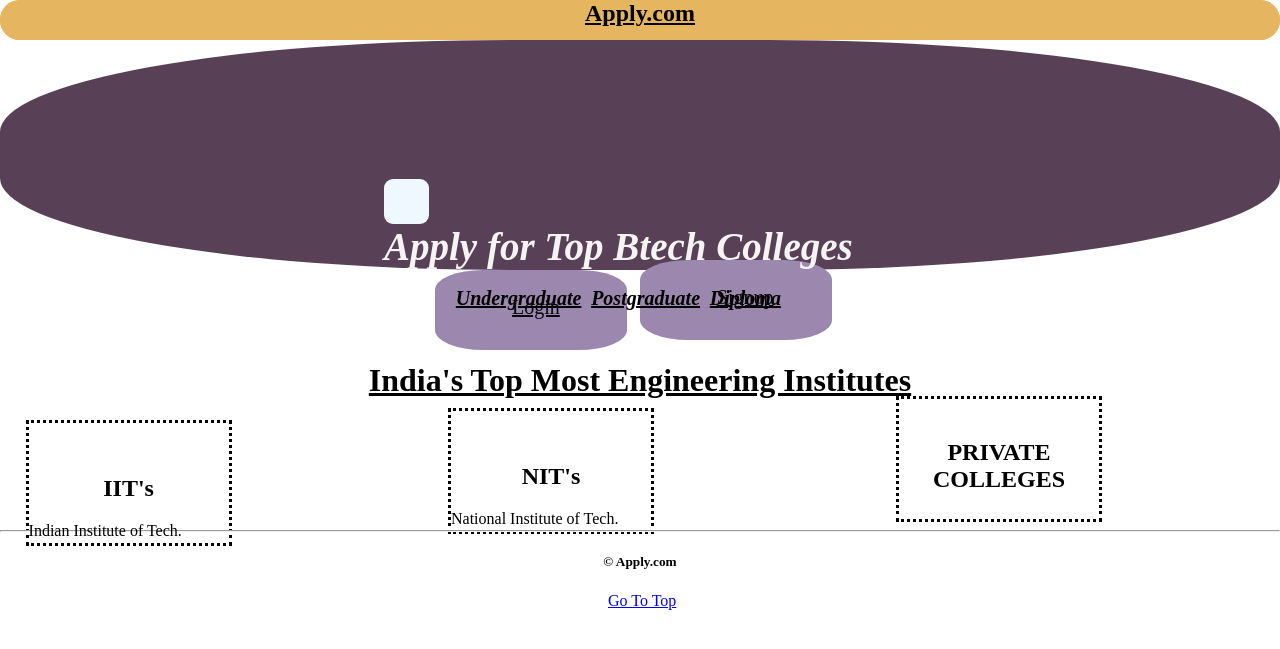
Repository: dashmeenkalra/dashmeen_kalra
Page: css/btech.html
The author's editor kept a copy of each file at every save. The page is drawn from the files as they stood at one save, then again after a run of saves.
The browser window is 1280 px wide. The pictures show the whole page.

Above is the page before, as saved 2023-03-07 10:04:23.

### css/btech.html
<html>
    <head>
        <link href="btech.css" rel="stylesheet"/>
        <title>
            Welcome to apply.com
        </title>
    </head>
    <body>
        <header>
            <header id="header">
            <h2>Apply.com</h2>
        </header>
        <div id="app">
            <div class="wri">
                <div id="ball">

                </div>
                Apply for Top Btech Colleges</br>
                <a href="" class="id">Undergraduate</a>
                <a href="" class="id">Postgraduate</a>
                <a href="" class="id">Diploma</a>
            </div>
        </div>
        <div class="log">
            <a href="" class="id1"> Login</a>
        </div>
        <div class="log1">
            <a href="" class="id1">Signup</a>
        </div>
        <h1>India's Top Most Engineering Institutes</h1>
        <div id="type">
        <h2>IIT's</h2>Indian Institute of Tech.
        </div>
        <div id="type1">
            <h2>NIT's</h2>National Institute of Tech.
        </div>
        <div id="type2">
            <h2>PRIVATE COLLEGES</h2>
        </div>
        <hr/>

        <h5> &copy; Apply.com</h5>
        <a href="#header" id="at" >Go To Top</a>
    </body>
</html>

### css/btech.css
body{
    margin:0px;
}
header{
    background-color: rgb(229, 182, 95);
    height: 40px;
    border-radius:20px;
}
header > h2{
    text-align: center;
    text-decoration:underline;
}
#app{
    background-color: rgb(88, 64, 87);
    height:230px;
    width:100%;
    border-radius:40%;
}
#ball{
    height: 45px;
    width: 45px;
    border-radius: 20%;
    background-color: aliceblue;
    margin-top: 5%;
}
.wri{
    text-align: center;
    margin-left: 30%;
    font-weight: bolder;
    font-style: oblique;
    font-size: 39px;
    margin-top: 9%;
    position: absolute;
    color: rgb(246, 243, 243);

}
.id{
    font-size: 20px;
    color: black;
}
.log{
    background-color: rgb(156, 136, 174);
    height:80px;
    width:15%;
    margin-left:34%;
    border-radius:25%;
}
.id1{
    font-size: 20px;
    color: rgb(9, 8, 8);
    margin-left:6%;
    margin-top:2%;
    position: absolute;
}
.log1{
    background-color: rgb(156, 136, 174);
    height:80px;
    width:15%;
    margin-left:50%;
    border-radius:25%;
    margin-top: -7.01%;
}
h1{
    text-align: center;
    text-decoration: underline;
}
#type{
    border: dotted;
    height:120px;
    width: 200px;
    margin-left:2%;
}
#type > h2{
  text-align: center;
  margin-top: 26%;
}
#type1{
    border: dotted;
    height:120px;
    width: 200px;
    margin-left:35%;
    margin-top:-10.8%;
}
#type1 > h2{
    text-align: center;
    margin-top: 26%;
}
#type2{
    border: dotted;
    height:120px;
    width: 200px;
    margin-left:70%;
    margin-top:-10.8%;
}
#type2 > h2{
    text-align: center;
    margin-top: 20%;
}
h5{
    text-align: center;
}
#at{
    text-align: center;
    margin-left: 47.5%;
}

After the next 2 saves:
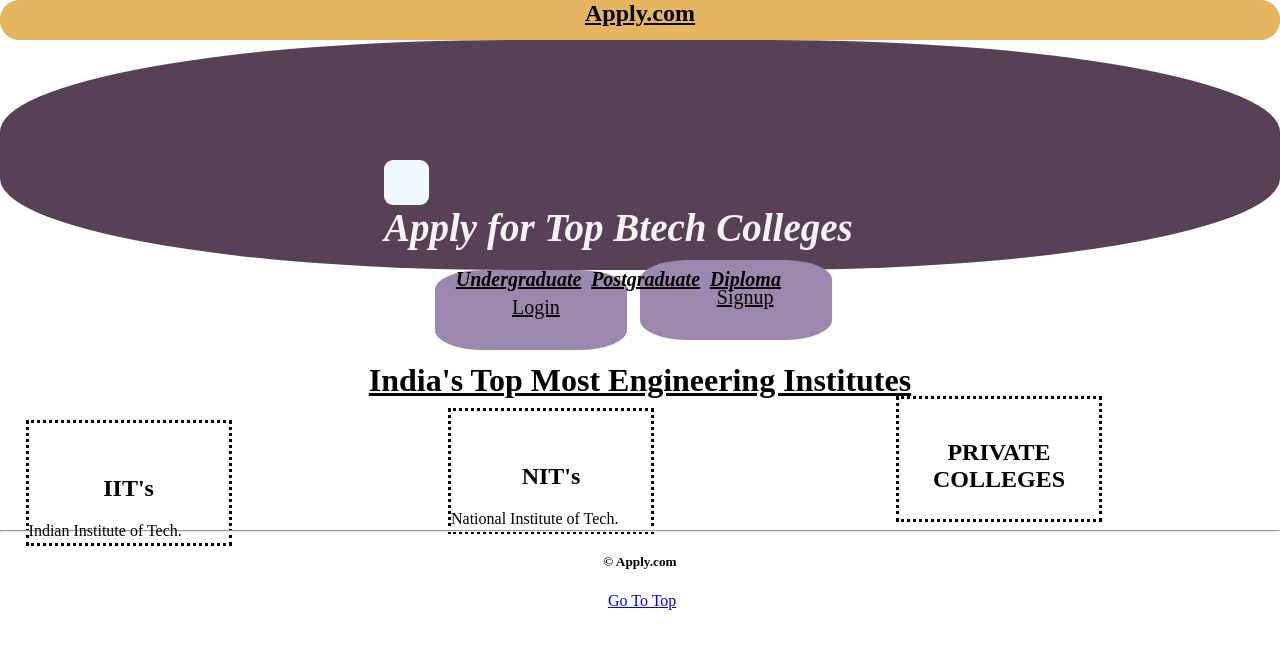
The 2 saves are shown as one change because they came seconds apart.
The last was saved 9 s later.
--- a/css/btech.css
+++ b/css/btech.css
@@ -21,7 +21,7 @@ header > h2{
     width: 45px;
     border-radius: 20%;
     background-color: aliceblue;
-    margin-top: 5%;
+    margin-top: 1%;
 }
 .wri{
     text-align: center;
